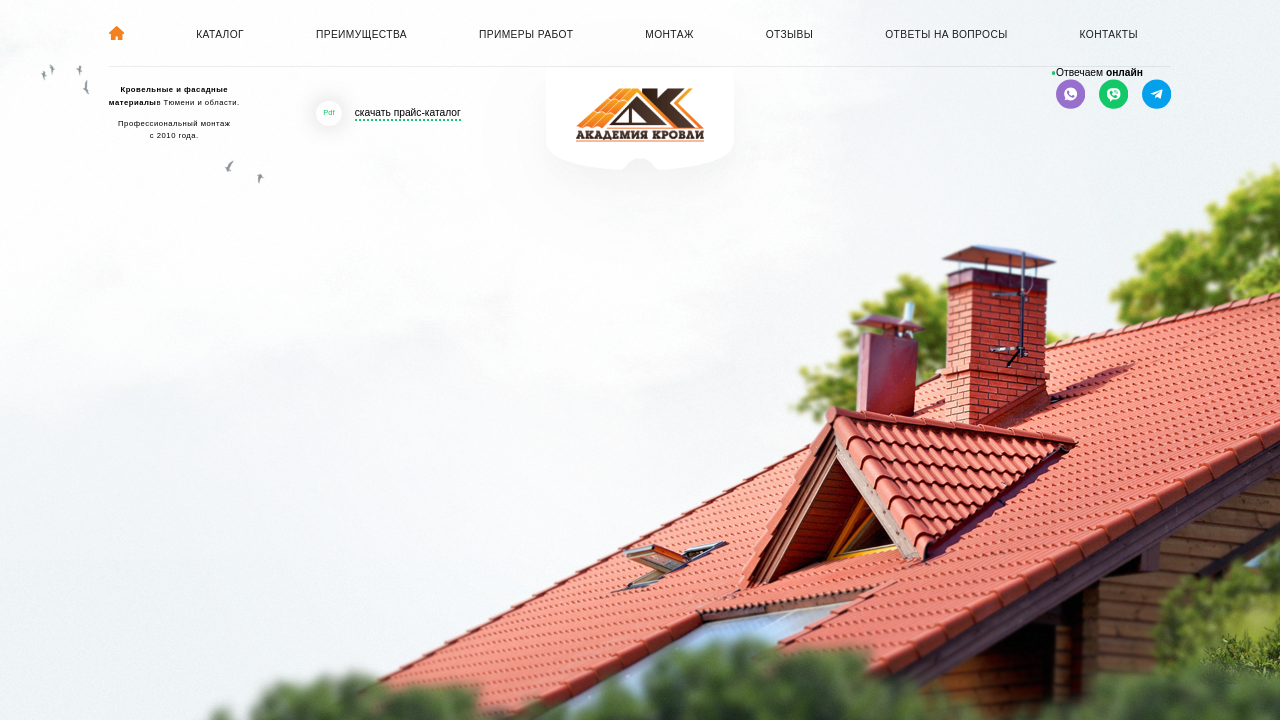
Repository: dima-hacker0/test_task_deyneka
Page: /
An editor plug-in stored every save of this project. The page is shown before and after the next save, followed by the edit.
The browser window is 1280 px wide. The pictures show the whole page.
The project was rebuilt for these pictures with package versions that can differ from the ones it lists, and the page was loaded fresh each time.

Above is the page before, as saved 2022-06-22 18:28:18.

After the next save:
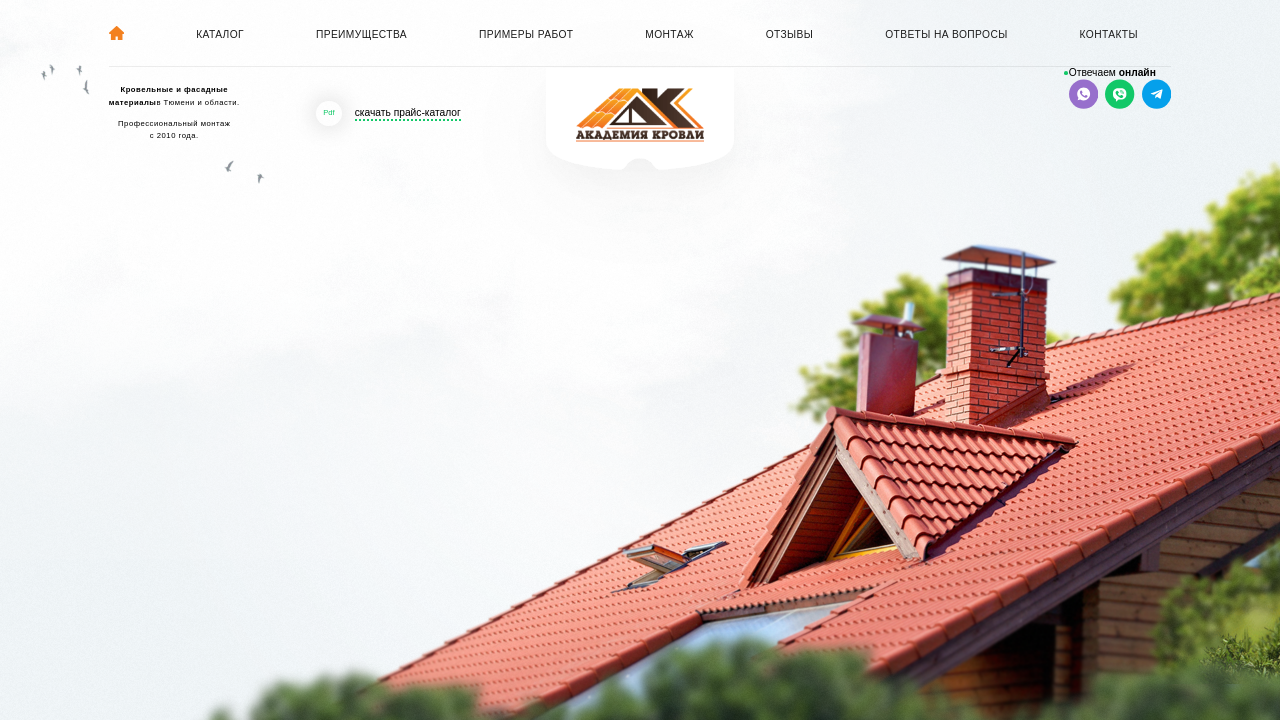
Saved 8 s later.
--- a/src/components/main_page/top_panel/answer_online/answer.module.css
+++ b/src/components/main_page/top_panel/answer_online/answer.module.css
@@ -19,5 +19,5 @@
 .socialMedia {
   display: flex;
   justify-content: space-between;
-  width: 9vw;
+  width: 8vw;
 }
